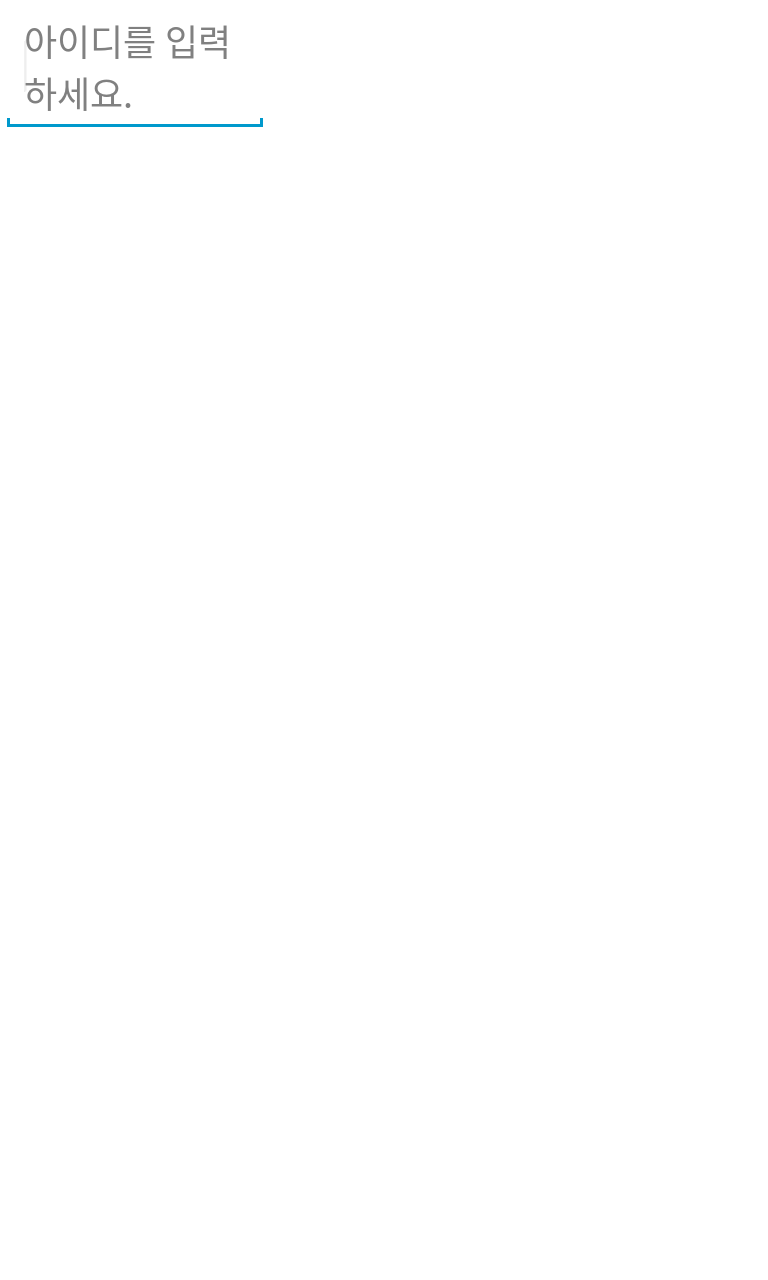
Repository: yjaeseok/gnssm_android_codelab
Layout: source/Day2-View/res/layout/day2view.xml
These files come from the project's save history. The layout is drawn as it stood at one moment and after the next save; the edit follows.
It is drawn on a 768 x 1280 px phone screen (xhdpi) without system bars, with theme AppTheme; the app's code is not run.

Above is the layout before, as saved 2014-04-01 15:31:51.

After the next save:
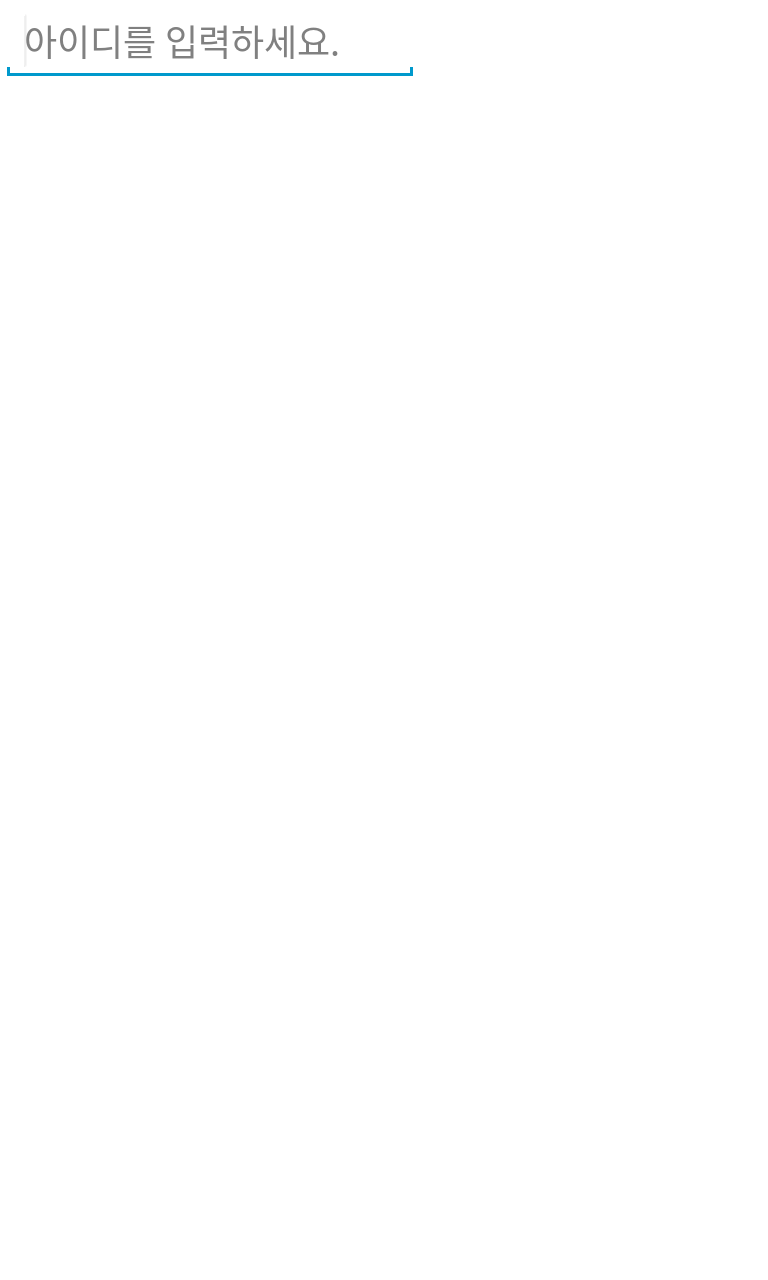
Saved 30 s later.
--- a/source/Day2-View/res/layout/day2view.xml
+++ b/source/Day2-View/res/layout/day2view.xml
@@ -6,7 +6,7 @@
 
     <EditText
         android:id="@+id/editText1"
-        android:layout_width="135dp"
+        android:layout_width="wrap_content"
         android:layout_height="wrap_content"
         android:ems="10"
         android:hint="아이디를 입력하세요.">
